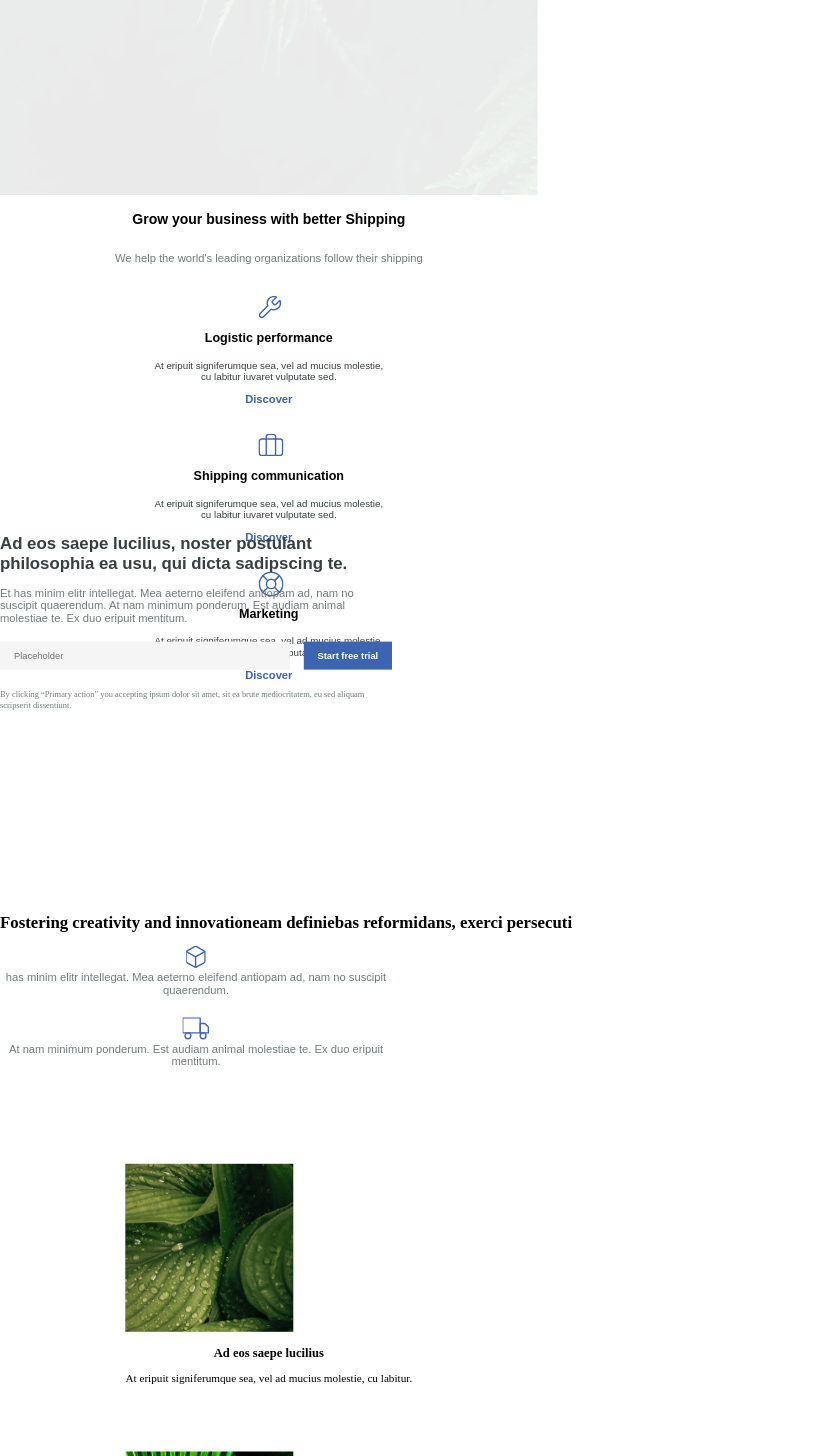
Repository: Mygit2001/LeTuSy_Test_Ecommage
Page: index.html
These files come from the project's save history. The page is drawn as it stood at one moment and after a run of saves; the edit follows.
The browser window is 768 px wide. The page is 1200 px wide, so the pictures cover 1200 px, including what lies to the right of the window. The pictures show the part of the page from y = 521 to 2601 px (the page is 3748 px tall), at 70% of full size.
Some web fonts or font styles are not loaded; a fallback is used. Some web libraries are served in a nearby version.

Above is the page before, as saved 2023-02-15 23:58:42.

After the next 2 saves:
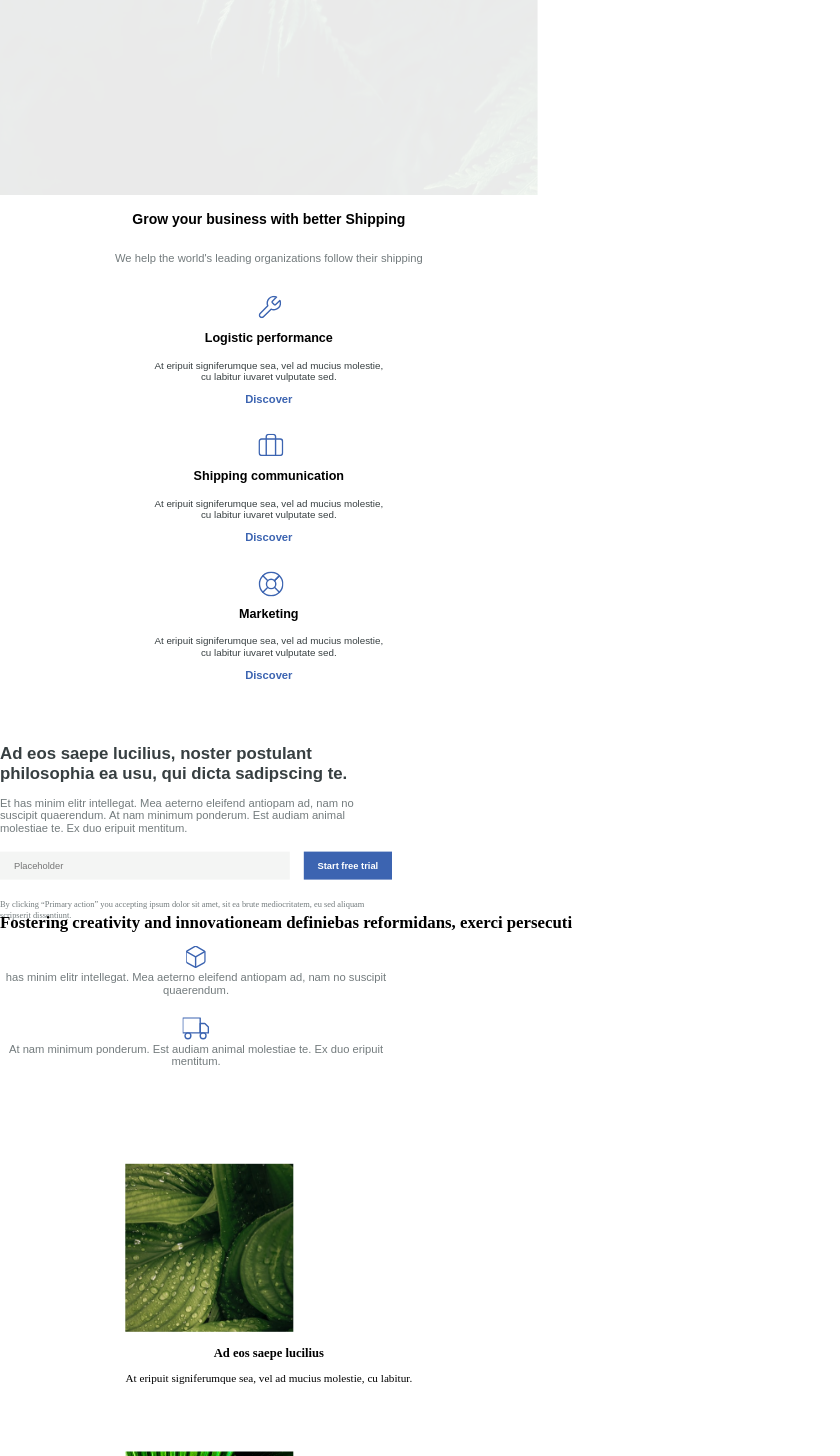
The 2 saves are shown as one change because they came seconds apart.
The last was saved 7 s later.
--- a/assets/css/responsive.css
+++ b/assets/css/responsive.css
@@ -103,7 +103,7 @@
         text-align: center;
     }
     .content_block1-des {
-
+        margin-top: 600px;
     }
     .main_content-foot {
         display: flex;
